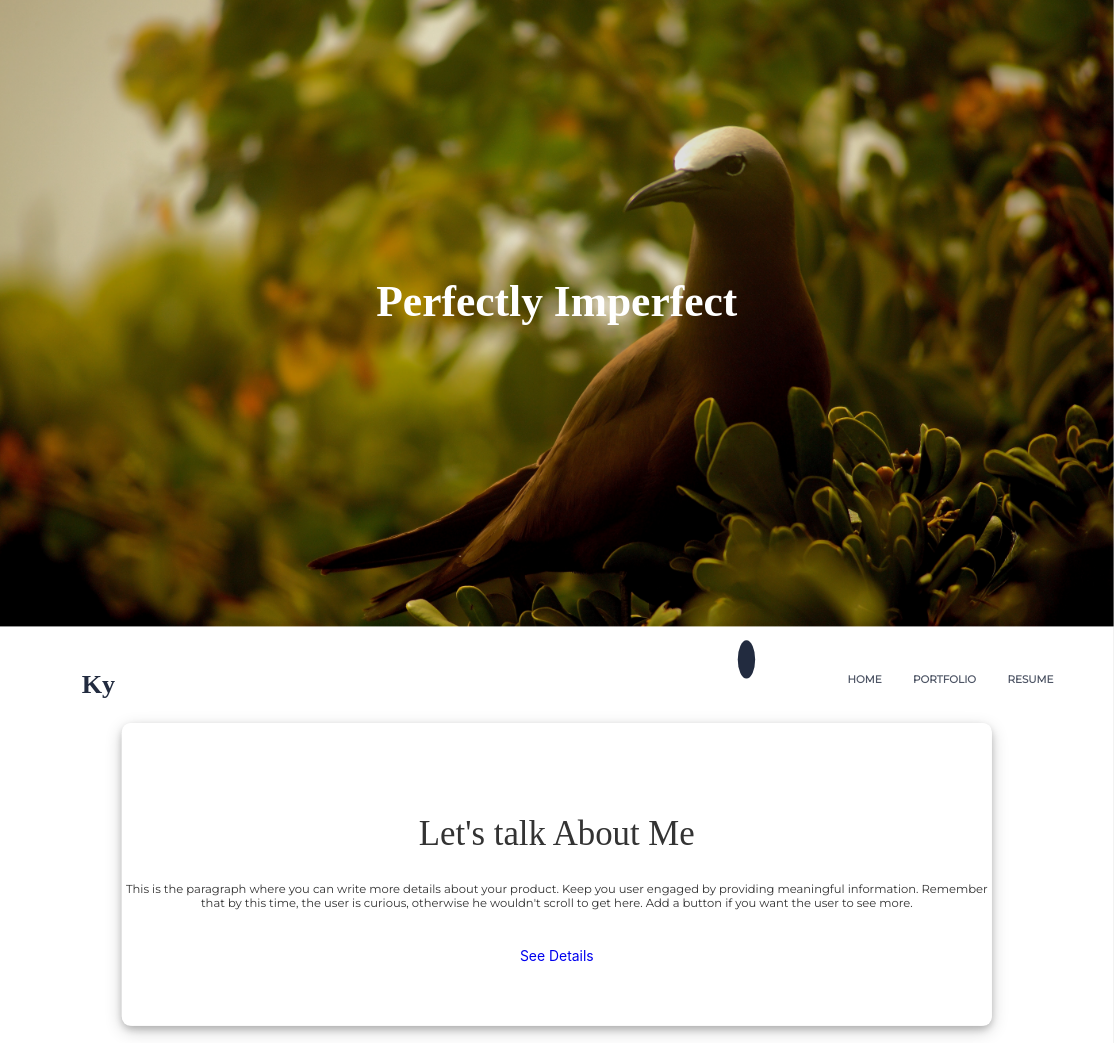
Repository: kkyler24/Perfectly-Imperfect
Page: / (app in imperfect/)
An editor plug-in stored every save of this project. The page is shown before and after the next save, followed by the edit.
The browser window is 1280 px wide. The pictures show the whole page, at 87% of full size.
Backgrounds fixed to the window are drawn as part of the page. Some web fonts or font styles are not loaded; a fallback is used. The project was rebuilt for these pictures with package versions that can differ from the ones it lists, and the page was loaded fresh each time.

Above is the page before, as saved 2020-08-06 13:02:12.

After the next save:
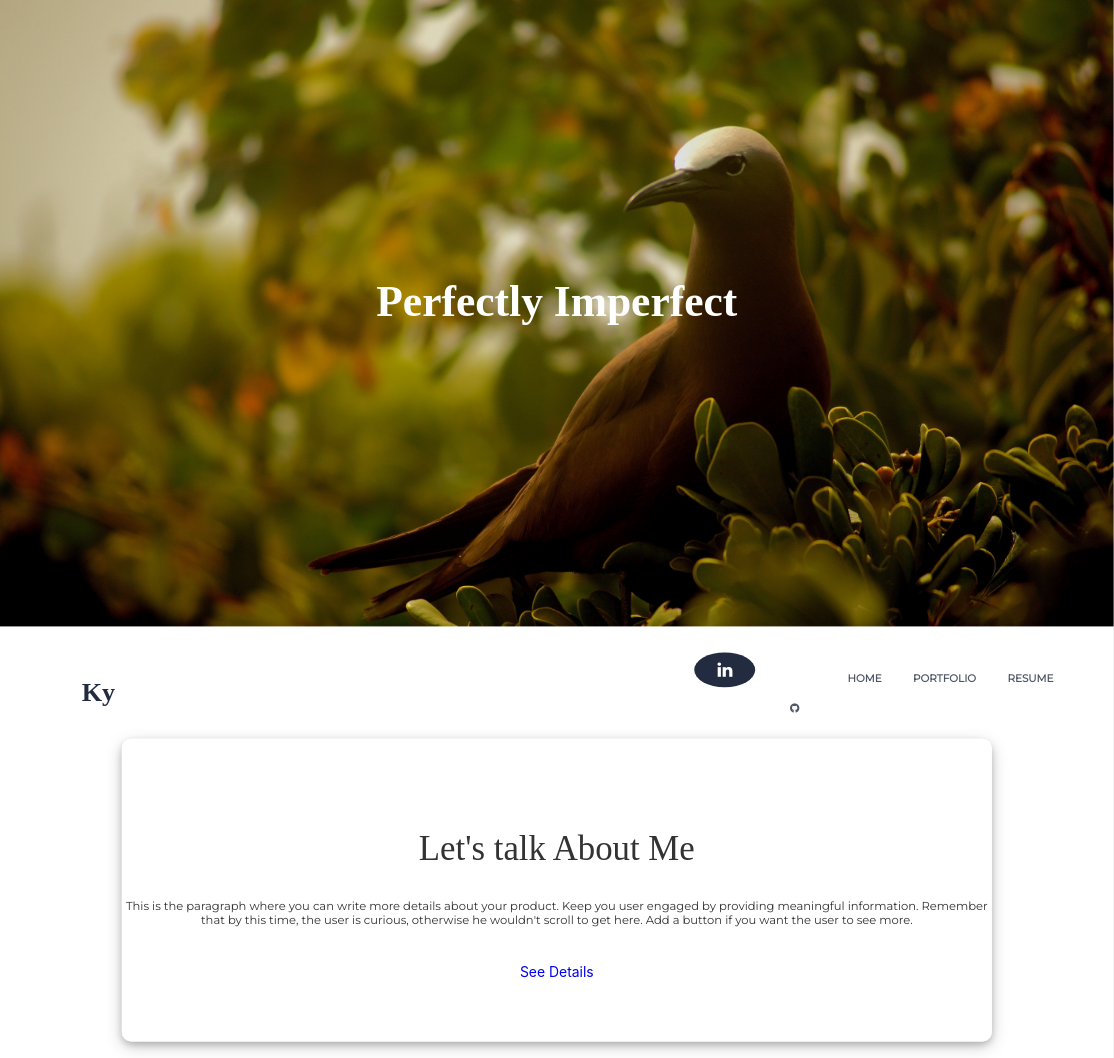
Saved 88 s later.
--- a/imperfect/public/index.html
+++ b/imperfect/public/index.html
@@ -9,7 +9,10 @@
       name="description"
       content="Web site created using create-react-app"
     />
-    <link rel="apple-touch-icon" href="%PUBLIC_URL%/logo192.png" />
+    <link
+      rel="stylesheet"
+      href="https://cdnjs.cloudflare.com/ajax/libs/font-awesome/4.7.0/css/font-awesome.min.css"
+    />
 
     <link rel="manifest" href="%PUBLIC_URL%/manifest.json" />
 
